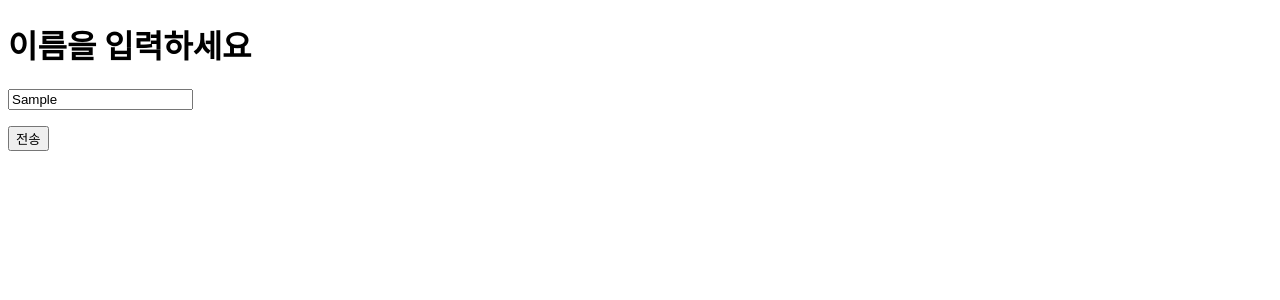
Repository: RYE415/4.jsp
Page: JQueryTest/src/main/webapp/5.ajax/11.$.getScript().html
An editor plug-in stored every save of this project. The page is shown before and after the next save, followed by the edit.
The browser window is 1280 px wide. The pictures show the whole page.
Empty fields were first filled with sample values (such as "Sample", 5 or name@example.com).
After loading, the first visible `#submit` was clicked once.

Above is the page before, as saved 2022-08-05 02:19:08.

### JQueryTest/src/main/webapp/5.ajax/11.$.getScript().html
<!DOCTYPE html>
<html>
<head>
<meta charset="UTF-8">
<script type="text/javascript" src="http://code.jquery.com/jquery-3.3.1.min.js">
</script>
<title>11.$.getScript().html</title>
<script>
/*
 function call(param){
	return ("Hello,"+param)
}
*/
  $(function(){
	//형식) $.getScript('경로 포함해서 불러올 js파일명')->함수 호출이 가능
	$.getScript("test.js");//실행할 때 불러옴
	$('#submit').click(function(){
		var msg=call($('.username').val());
	})
  })
</script>
</head>
<body>
	<h1>이름을 입력하세요</h1>
	<input type="text" name="username" class="username"><br><p>
	<button id="submit">전송</button>
	<div id="message">

	</div>

</body>
</html>

### JQueryTest/src/main/webapp/5.ajax/test.js
/**
 * 자바스크립트파일 기술
 */
function call(param){
	return ("Hello,"+param)
}

After the next save:
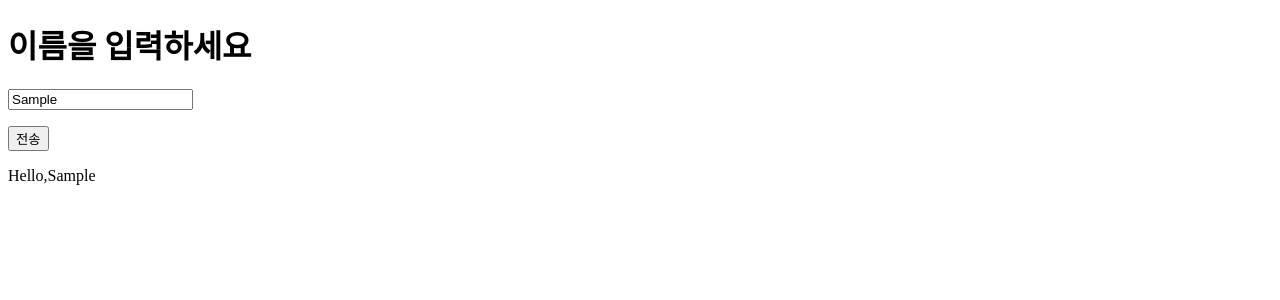
Saved 42 s later.
--- a/JQueryTest/src/main/webapp/5.ajax/11.$.getScript().html
+++ b/JQueryTest/src/main/webapp/5.ajax/11.$.getScript().html
@@ -16,6 +16,7 @@
 	$.getScript("test.js");//실행할 때 불러옴
 	$('#submit').click(function(){
 		var msg=call($('.username').val());
+		$('#message').html(msg);
 	})
   })
 </script>
